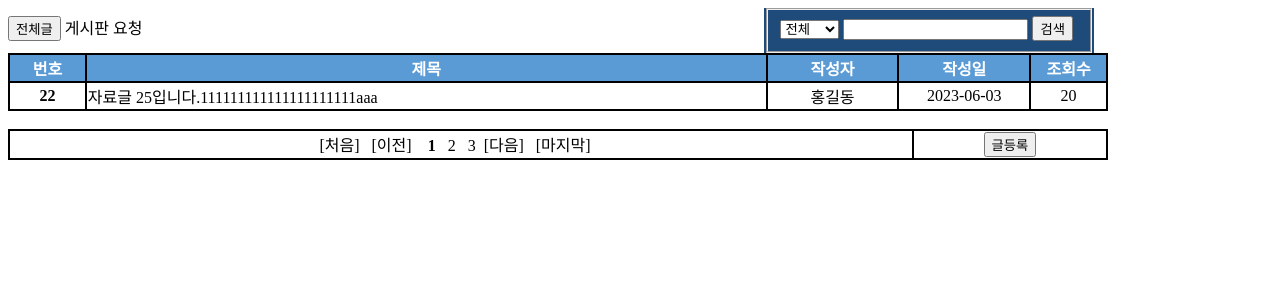
Repository: LJzero-dev/java-study
Page: http://localhost/ktbwos/bbs/request_list.jsp
These files come from the project's save history. The page is drawn as it stood at one moment and after the next save; the edit follows.
The browser window is 1280 px wide. The pictures show the whole page.
The page is served by Tomcat 9. Other server files are loaded and not shown.

Above is the page before, as saved 2023-06-11 05:22:46.

### web/ktbwos/WebContent/bbs/request_list.jsp
<%@ page language="java" contentType="text/html; charset=UTF-8" pageEncoding="UTF-8"%>
<%
int cpage = 1, psize = 3, bsize = 3, rcnt = 10, pcnt = 10, schargs = 10;	// 페이지 번호, 페이지 크기, 블록 크기, 레코드(게시글) 개수, 페이지 개수 등을 저장할 변수
%>
<!DOCTYPE html PUBLIC "-//W3C//DTD HTML 4.01 Transitional//EN" "http://www.w3.org/TR/html4/loose.dtd">
<html>
<head>
<meta http-equiv="Content-Type" content="text/html; charset=UTF-8">
<style>
	a:link { color:black; text-decoration:none; }
	a:visited { color:black; text-decoration:none; }
	a:hover { color:black; text-decoration:underline; }
	table, th, td {
	border:2px solid black;
	border-collapse : collapse;
	}
	th { background-color:#5B9BD5; color:white;}
	td { text-align:center;}
</style>
<title>Insert title here</title>
</head>
<body>

<div width="1100">
<input type="button" value="전체글">  게시판 요청
<form style="width:330px; background:#1E4B79; display:inline-block; margin-left: 618px " name="frmSch">
<fieldset>
		<select name="schtype">
			<option value="all" >전체</option>
			<option value="title" >제목</option>
			<option value="content" >내용</option>
			<option value="writer">작성자</option>
		</select>
		<input type="text" name="keyword" value="" />
		<input type="submit" value="검색" />
</fieldset>
</form>
	<table width="1100">
		<tr>
			<th width="7%">번호</th><th width="*">제목</th><th width="12%">작성자</th><th width="12%">작성일</th><th width="7%">조회수</th>
		</tr>
		<tr>
			<td><b>22</b></td><td><span style="float:left;">자료글 25입니다.111111111111111111111<a href="">aaa</a></span></td><td>홍길동</td><td>2023-06-03</td><td>20</td>
		</tr>
	</table>
</div>
<br />
<table width="1100">
<tr>
<td width="900">
<%
if (rcnt > 0) {	// 게시글이 있으면
	String link = "free_list.jsp?cpage=";
	if (cpage == 1) {
		out.println("[처음]&nbsp;&nbsp;&nbsp;[이전]&nbsp;&nbsp;");
	} else {
		out.println("<a href='" + link + "1" + schargs + "'>[처음]</a>&nbsp;&nbsp;&nbsp;");
		out.println("<a href='" + link + (cpage-1) + schargs + "'>[이전]</a>&nbsp;&nbsp;");
	}

	int spage = (cpage -1) / bsize * bsize +1;	// 블록 시작 페이지 번호
	for (int i = 1, j = spage; i <= bsize && j <= pcnt; i++, j++) {	// i : 블록에서 보여줄 페이지의 개수만큼 루프를 돌릴 조건으로 사용되는 변수 j : 실제 출력할 페이지 번호로 전체 페이지 개수(마지막 페이지 번호)를 넘지 않게 할 변수
		if (j == cpage) {
			out.println("&nbsp;<strong>" + j + "</strong>&nbsp;");
		} else {
			out.println("&nbsp;<a href='" + link + j + schargs + "'>" + j + "</a>&nbsp;");
		}
	}

	if (cpage == pcnt) {
		out.println("&nbsp;&nbsp;[다음]&nbsp;&nbsp;&nbsp;[마지막]");
	} else {
		out.println("<a href='" + link + (cpage+1) + schargs + "'>[다음]</a>&nbsp;&nbsp;");
		out.println("<a href='" + link + pcnt + schargs + "'>[마지막]</a>&nbsp;&nbsp;&nbsp;");
	}
}
%>
</td>
<td width="*" align="right">
	<input type="button" value="글등록" onclick="location.href='free_form.jsp?kind=in';" />
</td>
</tr>
</table>
</body>
</html>

After the next save:
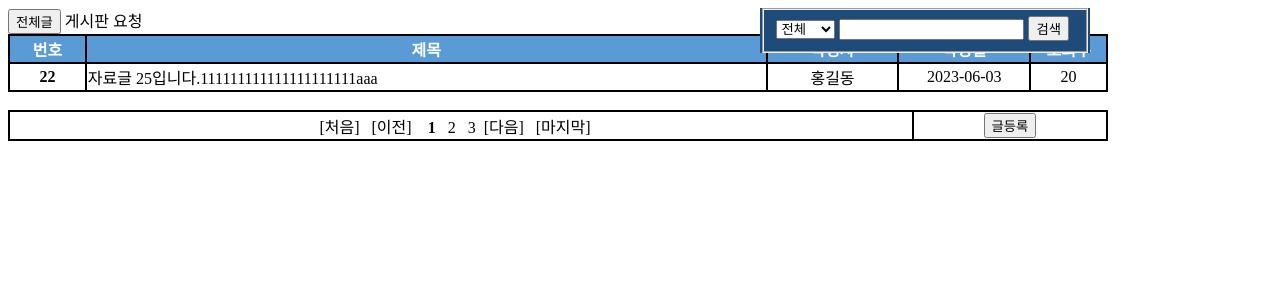
Saved 78 s later.
--- a/web/ktbwos/WebContent/bbs/request_list.jsp
+++ b/web/ktbwos/WebContent/bbs/request_list.jsp
@@ -23,7 +23,7 @@ int cpage = 1, psize = 3, bsize = 3, rcnt = 10, pcnt = 10, schargs = 10;	// 페
 
 <div width="1100">
 <input type="button" value="전체글">  게시판 요청
-<form style="width:330px; background:#1E4B79; display:inline-block; margin-left: 618px " name="frmSch">
+<form style="width:330px; background:#1E4B79; display:inline-block; margin-left: 618px;  position: fixed; " name="frmSch">
 <fieldset>
 		<select name="schtype">
 			<option value="all" >전체</option>
